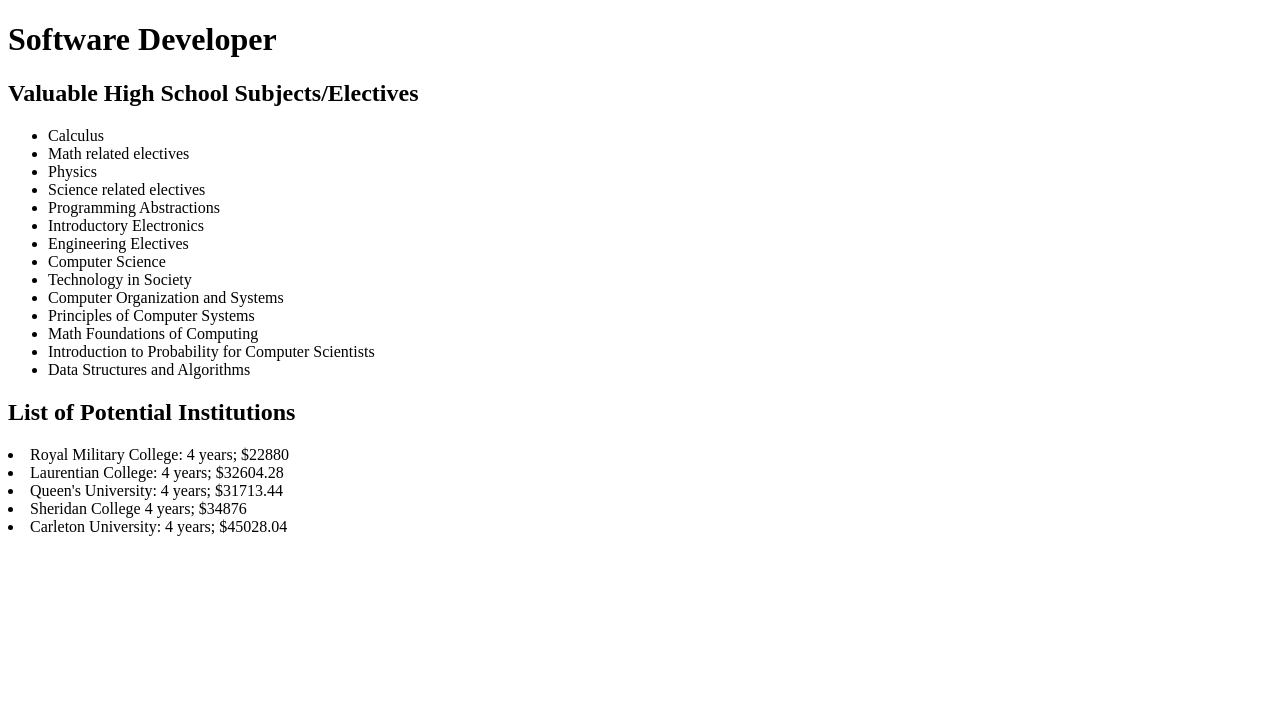
Repository: soerik/1soerik.github.io
Page: index.html
The author's editor kept a record of every edit. The page is drawn from the files as they stood at one moment, then again after the next edit.
The browser window is 1280 px wide. The pictures show the whole page.

Above is the page before.

After the next edit:
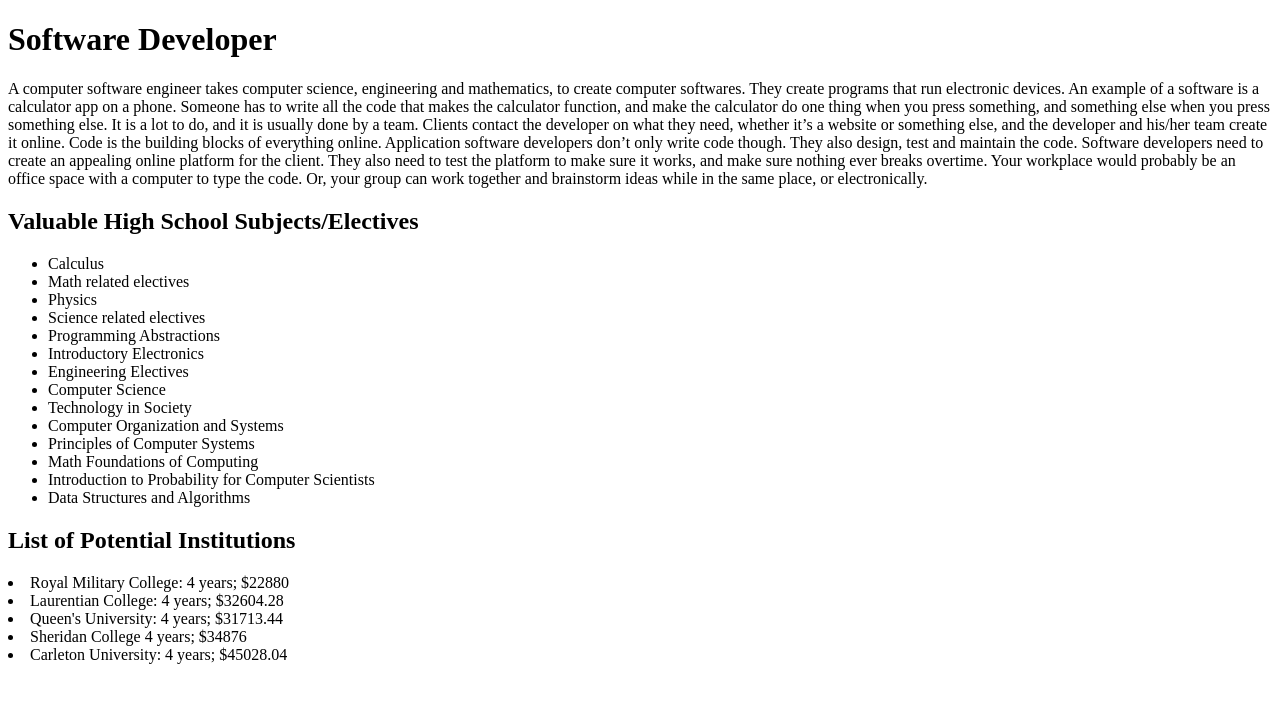
The edit:
--- a/index.html
+++ b/index.html
@@ -7,6 +7,33 @@
 <body>
 
 <h1>Software Developer</h1>
+
+<p>A computer software engineer takes computer
+science, engineering and mathematics, to create
+computer softwares. They create programs that
+run electronic devices. An example of a software
+is a calculator app on a phone. Someone has to
+write all the code that makes the calculator
+function, and make the calculator do one thing
+when you press something, and something else
+when you press something else. It is a lot to
+do, and it is usually done by a team. Clients
+contact the developer on what they need, whether
+it’s a website or something else, and the
+developer and his/her team create it online.
+Code is the building blocks of everything
+online. Application software developers don’t
+only write code though. They also design, test
+and maintain the code. Software developers
+need to create an appealing online platform
+for the client. They also need to test the
+platform to make sure it works, and make sure
+nothing ever breaks overtime. Your workplace
+would probably be an office space with a computer
+to type the code. Or, your group can work
+together and brainstorm ideas while in the
+same place, or electronically.
+</p>
 
 <h2>Valuable High School Subjects/Electives</h2>
 
